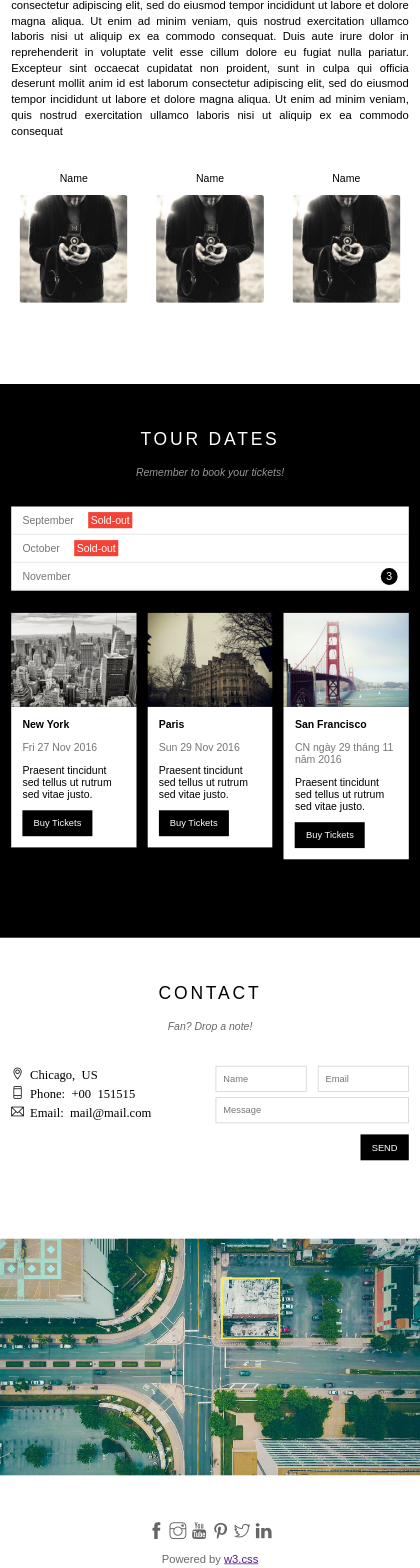
Repository: BillLee2000/w3-band
Page: index.html
An editor plug-in stored every save of this project. The page is shown before and after the next save, followed by the edit.
The browser window is 600 px wide. The pictures show the part of the page from y = 532 to 2772 px (the page is 2832 px tall before and 3302 px after), at 70% of full size.

Above is the page before, as saved 2021-12-16 05:59:55.

After the next save:
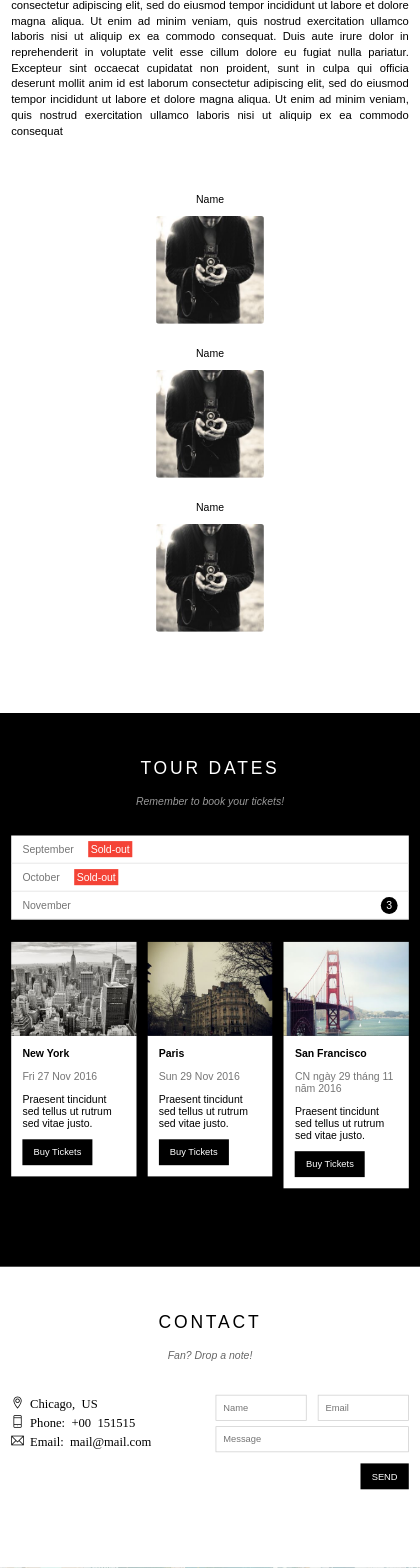
Saved 87 s later.
--- a/assets/css/responsive.css
+++ b/assets/css/responsive.css
@@ -8,6 +8,7 @@
 }
 /* Mobile */
 @media(max-width: 740px){
+
     #nav {
         display: block;
     }
@@ -37,4 +38,9 @@
     #header .search-btn {
         display: none;
     }
+
+    #content .members-item {
+        margin-top: 30px;
+        width: 100%;
+    }
 }
